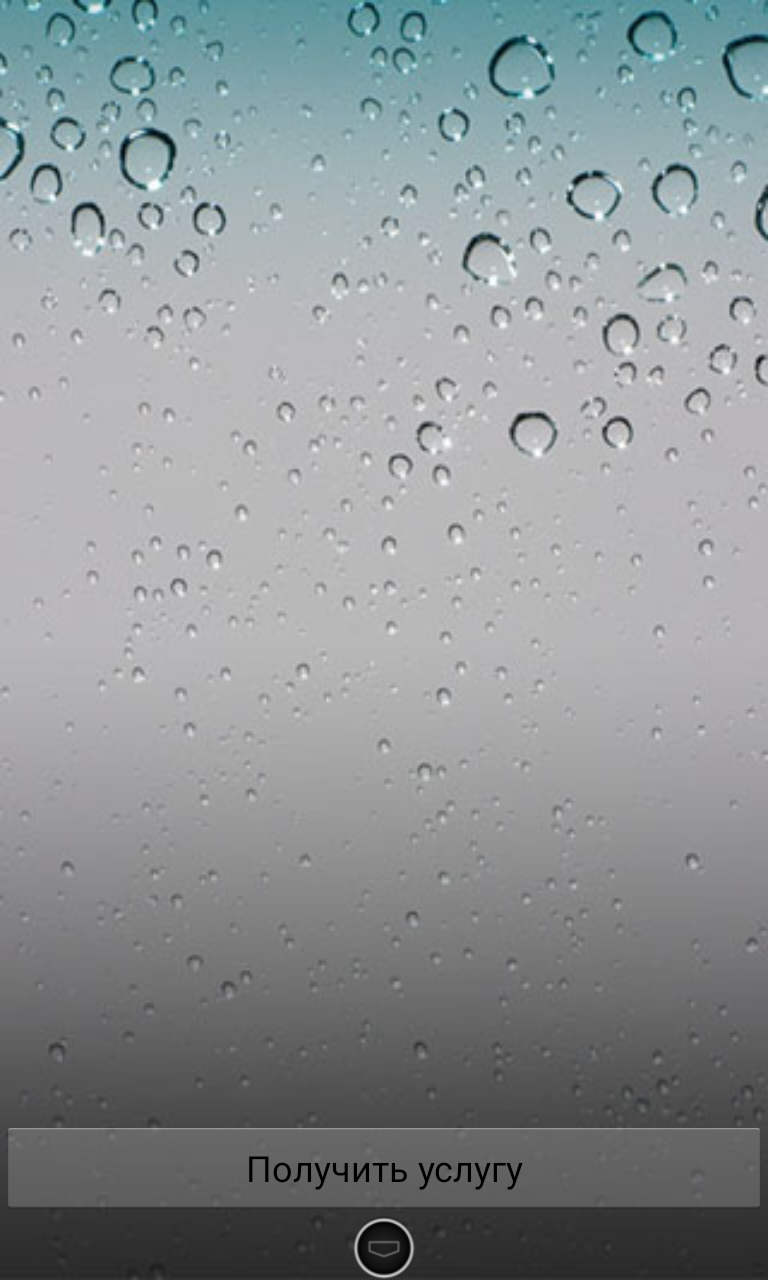
Repository: complexityclass/GosClient
Layout: Client/res/layout/activity_service.xml
The author's editor kept a copy of each file at every save. The layout is drawn from the files as they stood at one save, then again after the next save.
It is drawn on a 768 x 1280 px phone screen (xhdpi) without system bars, with theme AppTheme; the app's code is not run. Lists and similar views that code fills are empty.

Above is the layout before, as saved 2013-04-23 11:49:01.

### Client/res/layout/activity_service.xml
<?xml version="1.0" encoding="utf-8"?>
<LinearLayout xmlns:android="http://schemas.android.com/apk/res/android"
    android:layout_width="fill_parent"
    android:layout_height="fill_parent"
    android:orientation="vertical" >

    <SlidingDrawer
        android:id="@+id/drawer"
        android:layout_width="fill_parent"
        android:layout_height="fill_parent"
        android:background="@drawable/kapli"
        android:content="@+id/content"
        android:handle="@+id/handle"
        android:rotation="0" >

        <LinearLayout
            android:id="@id/content"
            android:layout_width="fill_parent"
            android:layout_height="fill_parent"
            android:orientation="vertical"
            android:rotation="0" >

            <ExpandableListView
                android:id="@+id/exListView"
                android:layout_width="fill_parent"
                android:layout_height="wrap_content"
                android:background="@drawable/back"
                android:indicatorLeft="250dp"
                android:indicatorRight="300dp" />
        </LinearLayout>

        <LinearLayout
            android:id="@id/handle"
            android:layout_width="match_parent"
            android:layout_height="wrap_content"
            android:orientation="vertical"
            android:rotation="0" >

            <Button
                android:id="@+id/button1"
                android:layout_width="match_parent"
                android:layout_height="wrap_content"
                android:text="Получить услугу" />

            <ImageView
                android:id="@+id/imageView23"
                android:layout_width="match_parent"
                android:layout_height="fill_parent"
                android:contentDescription="@string/Habarovsk"
                android:src="@drawable/upbutton" />

        </LinearLayout>
    </SlidingDrawer>

</LinearLayout>

### Client/res/values/strings.xml
<?xml version="1.0" encoding="utf-8"?>
<resources>

    <string name="app_name">Client</string>
    <string name="hello_world">Hello world!</string>
    <string name="menu_settings">Settings</string>
    <string name="title_activity_main">MainActivity</string>
    <string name="title_activity_about_us">About us</string>
    <string name="title_activity_news">News</string>
    <string name="title_activity_citizen_reg">Citizens</string>
    <string name="title_activity_agencies">Agencies</string>
    <string name="title_activity_areas_of">Areas</string>
    <string name="agencies_ru">Ведомства</string>
    <string name="about_project_ru">О проекте</string>
    <string name="areas_of_ru">Направления деятельности</string>
    <string name="news_ru">Новости</string>
    <string name="organizations_ru">Организациям</string>
    <string name="electronic_services_ru">Электронные услуги</string>
    <string name="life_situations_ru">Жизненные ситуации</string>
    <string name="information_ru">Информация</string>
    <string name="visitor_statistics_ru">Статистика посещений</string>
    <string name="search_news_ru">Поиск по новостям</string>
    <string name="citizens_ru">Гражданам</string>
    <string name="spots_treatment_ru">Места обращения</string>
    <string name="useful_links_ru">Полезные ссылки</string>
    <string name="universal_card_ru">Развитие универсальной электронной карты</string>
    <string name="faq_ru">Часто задаваемые вопросы</string>
    <string name="title_activity_test">TestActivity</string>
    <string name="title_activity_web_view">WebViewActivity</string>
    <string name="title_section3">Section 3</string>
    <string name="title_section2">Section 2</string>
    <string name="title_section1">Section 1</string>
    <string name="title_activity_swipe">SwipeActivity</string>
    <string name="title_activity_life_situations">LifeSituationsActivity</string>
    <string name="action_settings">Settings</string>
    <string name="label1">Tab 1</string>
    <string name="label2">Tab 2</string>
    <string name="label3">Tab 3</string>
    <string name="federational">Федеральные</string>
    <string name="munitipal">Муниципальные</string>
    <string name="regional">Региональные</string>
    <string name="title_activity_expandable_list_view_test">ExpandableListViewTest</string>
    <string name="title_activity_expandable_list">ExpandableListActivity</string>
    <string name="Habarovsk_Servise">Хабаровск Услуги</string>
    <string name="Habarovsk">Habarovsk</string>
    <string name="title_activity_service">ServiceActivity</string>
    <string name="title_activity_news_archive">NewsArchiveActivity</string>

</resources>

Loaded but not shown: Client/res/values-v11/styles.xml (common file); Client/res/values-v14/styles.xml (common file); Client/res/values/styles.xml (common file)

After the next save:
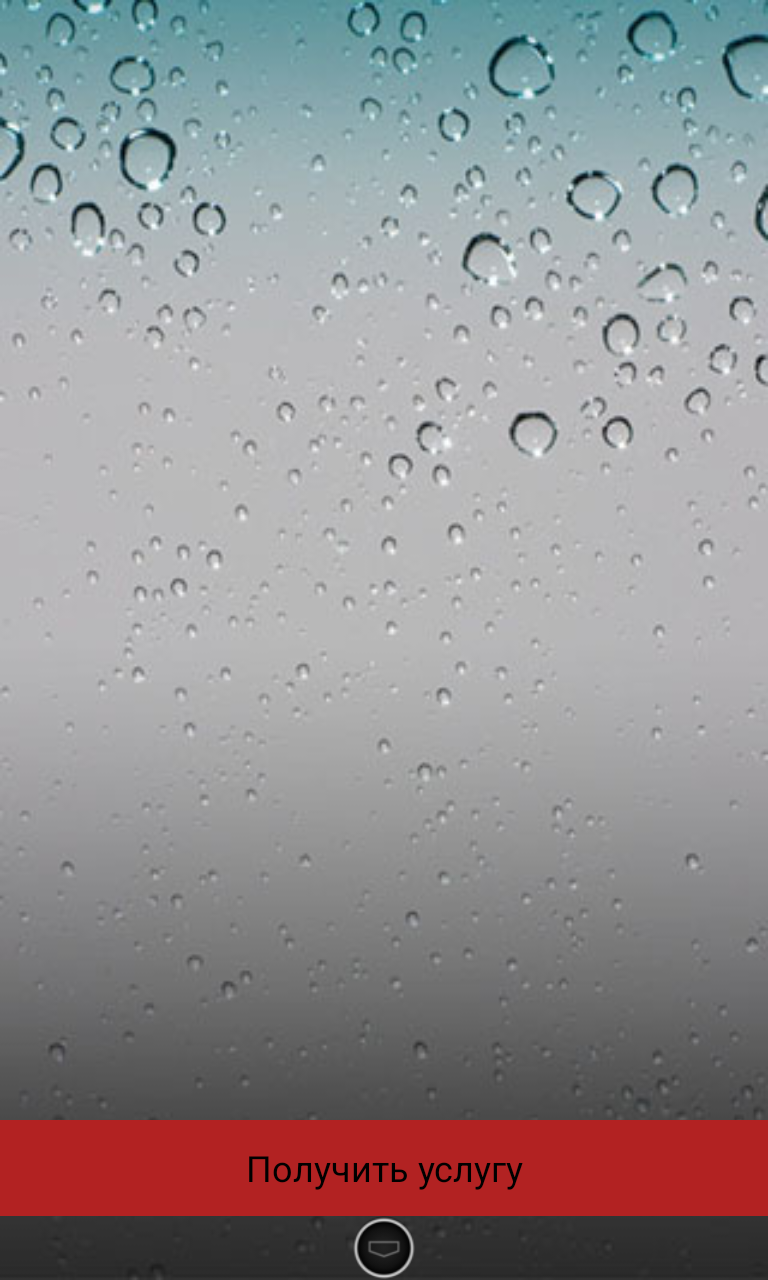
Saved 46 s later.
--- a/Client/res/layout/activity_service.xml
+++ b/Client/res/layout/activity_service.xml
@@ -40,7 +40,8 @@
                 android:id="@+id/button1"
                 android:layout_width="match_parent"
                 android:layout_height="wrap_content"
-                android:text="Получить услугу" />
+                android:text="Получить услугу"
+                android:background="#B22222" />
 
             <ImageView
                 android:id="@+id/imageView23"
